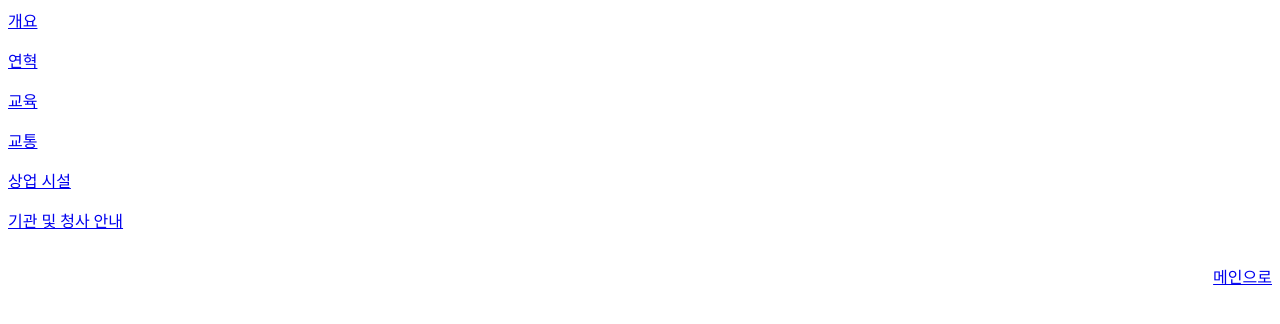
Repository: joon14/NB_pro01
Page: http://localhost/pro01/menu.jsp
The author's editor kept a copy of each file at every save. The page is drawn from the files as they stood at one save, then again after the next save.
The browser window is 1280 px wide. The pictures show the whole page.
The page is served by Tomcat 9. Other server files are loaded and not shown.

Above is the page before, as saved 2024-04-01 03:41:48.

### pro01/WebContent/menu.jsp
<%@ page language="java" contentType="text/html; charset=UTF-8"
    pageEncoding="UTF-8"%>
<nav id="gnb">
	<p><a href="a.jsp">개요</a></p>
	<p><a href="education.jsp">연혁</a></p>
	<p><a href="trans.jsp">교육</a></p>
	<p><a href="a.jsp">교통</a></p>
	<p><a href="a.jsp">상업 시설</a></p>
	<p><a href="a.jsp">기관 및 청사 안내</a></p>
</nav>
<nav id="tnb" style="float:right;">
	<ul>
		<a href="index.jsp">메인으로</a>
	</ul>
</nav>

After the next save:
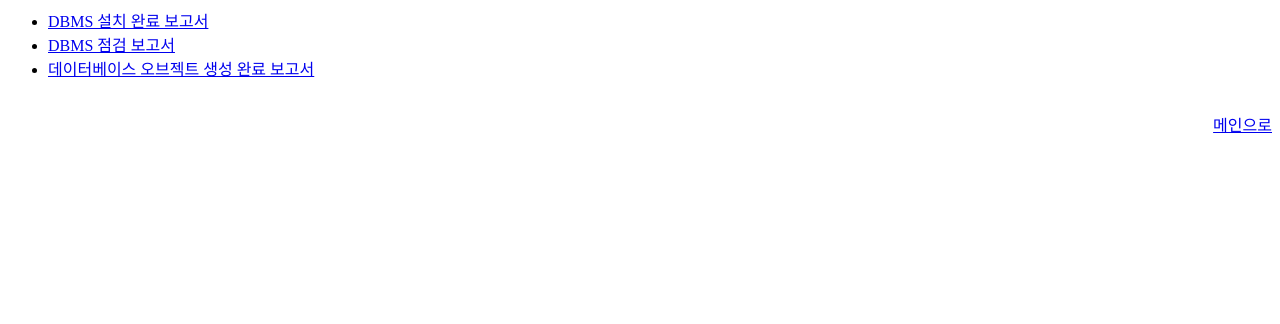
Saved 3 min 24 s later.
--- a/pro01/WebContent/menu.jsp
+++ b/pro01/WebContent/menu.jsp
@@ -1,12 +1,25 @@
 <%@ page language="java" contentType="text/html; charset=UTF-8"
     pageEncoding="UTF-8"%>
 <nav id="gnb">
+	<ul>
+		<li>
+			<a href="report01.html">DBMS 설치 완료 보고서</a>
+		</li>
+		<li>
+			<a href="report02.jsp">DBMS 점검 보고서</a>
+		</li>
+		<li>
+			<a href="report03.jsp">데이터베이스 오브젝트 생성 완료 보고서</a>
+		</li>
+	</ul>
+	<!--
 	<p><a href="a.jsp">개요</a></p>
 	<p><a href="education.jsp">연혁</a></p>
 	<p><a href="trans.jsp">교육</a></p>
 	<p><a href="a.jsp">교통</a></p>
 	<p><a href="a.jsp">상업 시설</a></p>
 	<p><a href="a.jsp">기관 및 청사 안내</a></p>
+	-->
 </nav>
 <nav id="tnb" style="float:right;">
 	<ul>
